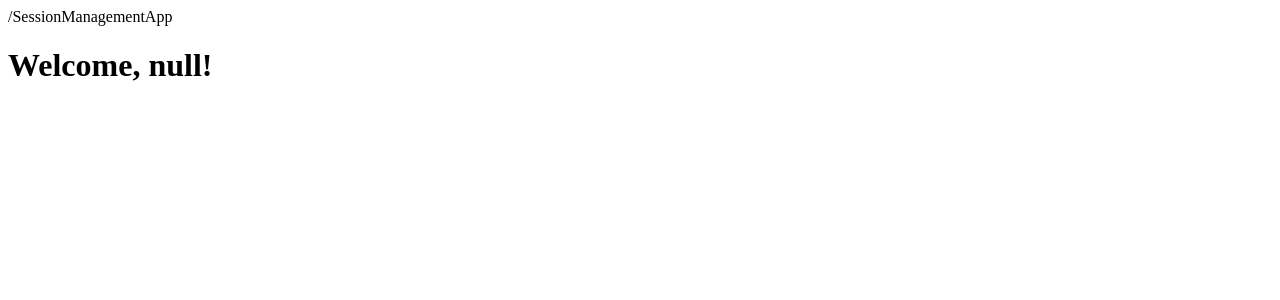
Repository: NikhilPatlolla/FinalAssignment
Page: http://localhost/SessionManagementApp/test
The author's editor kept a copy of each file at every save. The page is drawn from the files as they stood at one save, then again after the next save.
The browser window is 1280 px wide. The pictures show the whole page.
The page is served by Tomcat 10.

Above is the page before, as saved 2023-05-27 22:18:48.

After the next save:
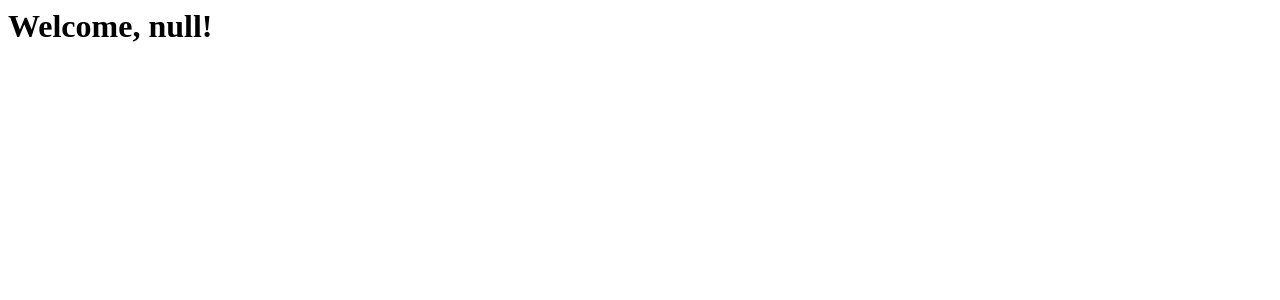
Saved 9 s later.
--- a/SessionManagementApp/src/main/java/com/nikhil/controller/SessionServlet.java
+++ b/SessionManagementApp/src/main/java/com/nikhil/controller/SessionServlet.java
@@ -29,7 +29,7 @@ public class SessionServlet extends HttpServlet {
 	    out.println("<html>");
 	    out.println("<head><title>Welcome</title></head>");
 	    out.println("<body>");
-	    out.println(request.getContextPath());
+//	    out.println(request.getContextPath());
 	    out.println("<h1>Welcome, " + name + "!</h1>");
 	    out.println("</body>");
 	    out.println("</html>");
